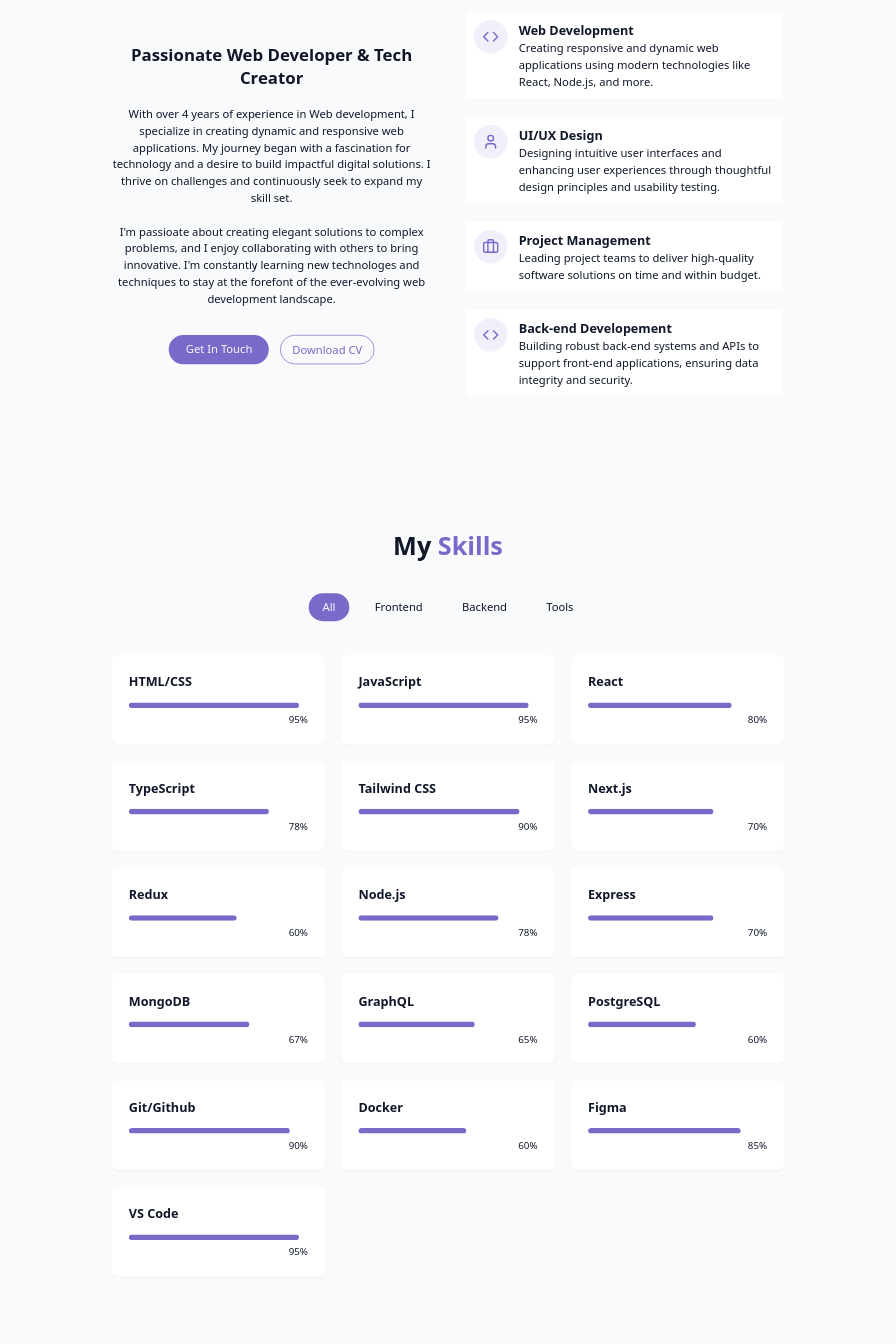
Repository: mOzariffard/Portfolio
Page: /
The author's editor kept a copy of each file at every save. The page is drawn from the files as they stood at one save, then again after the next save.
The browser window is 1280 px wide. The pictures show the part of the page from y = 888 to 2808 px (the page is 2808 px tall), at 70% of full size.
The project was rebuilt for these pictures with package versions that can differ from the ones it lists, and the page was loaded fresh each time. Also part of the build but not shown: vite.config.js, src/pages/NotFound.jsx.

Above is the page before, as saved 2025-06-29 18:35:10.

After the next save:
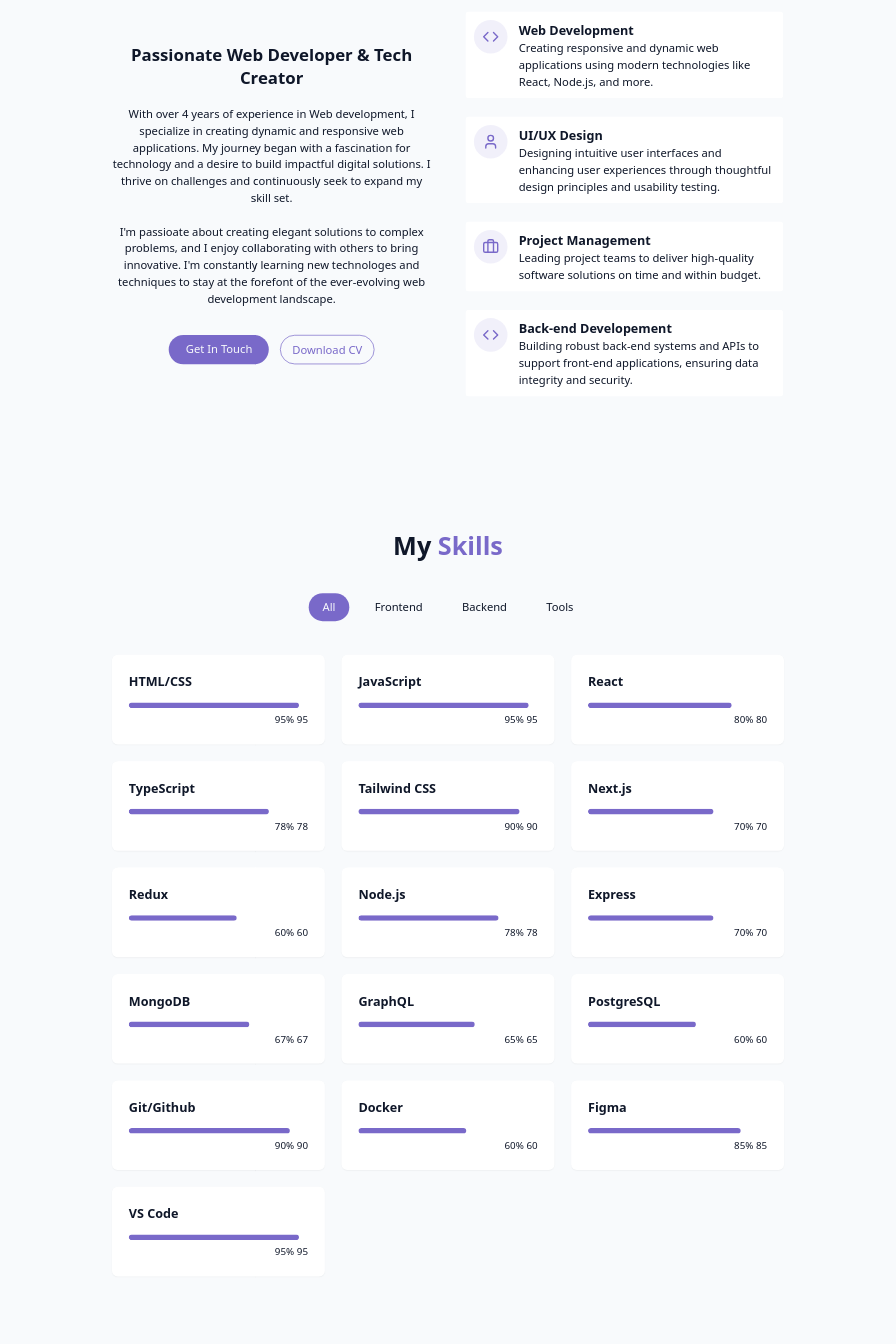
Saved 69 s later.
--- a/src/components/SkillsSection.jsx
+++ b/src/components/SkillsSection.jsx
@@ -72,7 +72,7 @@
 
 
                         <div className='text-right mt-1'>
-                            <span className='text-sm text-muted-foreground'> {skill.level}% </span>
+                            <span className='text-sm text-muted-foreground'> {skill.level}% <CountUp end={skill.level} /> </span>
                         </div>
 
                     </div>

After the save that followed:
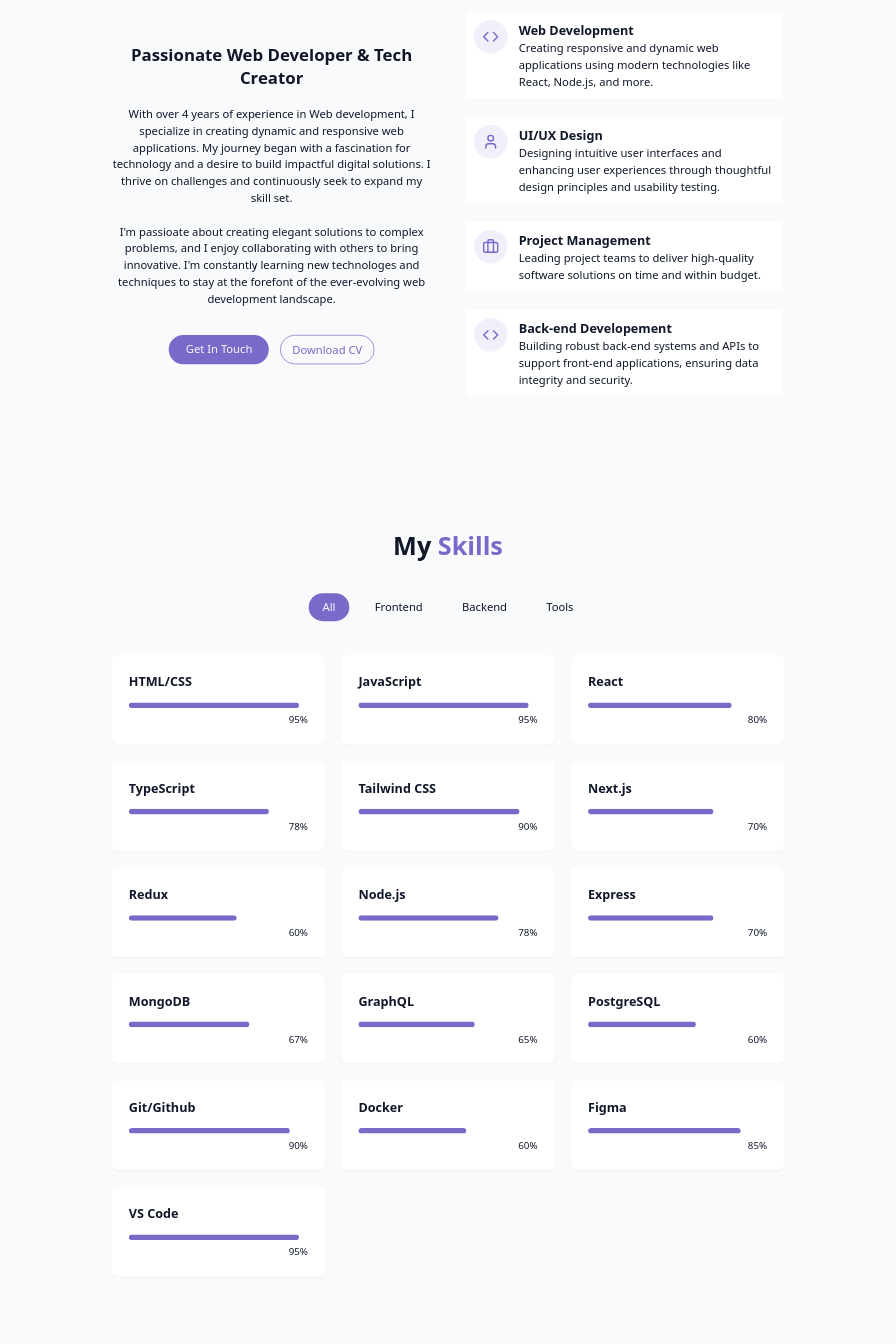
Saved 13 s later.
--- a/src/components/SkillsSection.jsx
+++ b/src/components/SkillsSection.jsx
@@ -72,7 +72,7 @@
 
 
                         <div className='text-right mt-1'>
-                            <span className='text-sm text-muted-foreground'> {skill.level}% <CountUp end={skill.level} /> </span>
+                            <span className='text-sm text-muted-foreground'> <CountUp end={skill.level} />% </span>
                         </div>
 
                     </div>
